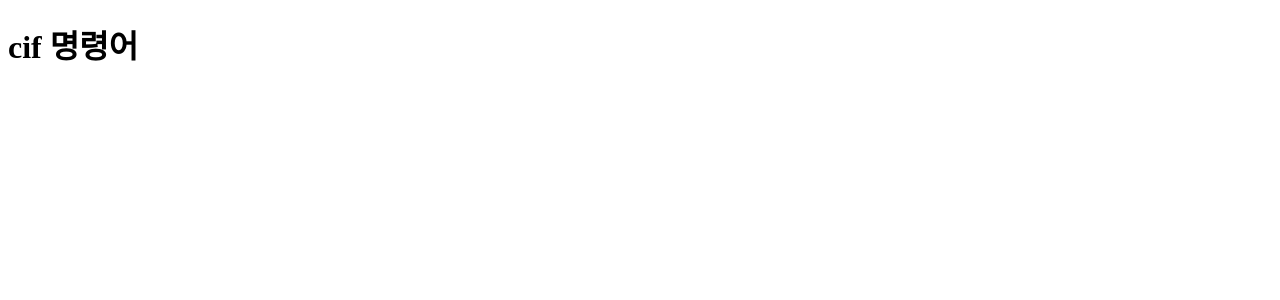
Repository: saeeeem2/2023JSTL
Page: http://localhost/jstl_study/step-1.jsp
The author's editor kept a copy of each file at every save. The page is drawn from the files as they stood at one save, then again after the next save.
The browser window is 1280 px wide. The pictures show the whole page.
The page is served by Tomcat 9. Other server files are loaded and not shown.

Above is the page before, as saved 2023-11-22 03:57:06.

### jstl_study/src/main/webapp/step-1.jsp
<%@ page language="java" contentType="text/html; charset=UTF-8"
    pageEncoding="UTF-8"%>
    <%@ taglib uri="http://java.sun.com/jsp/jstl/core" prefix="c" %>
<!DOCTYPE html>
<html>
<head>
<meta charset="UTF-8">
<title>Insert title here</title>
</head>
<body>
	<h1>cif 명령어</h1>

</body>
</html>

After the next save:
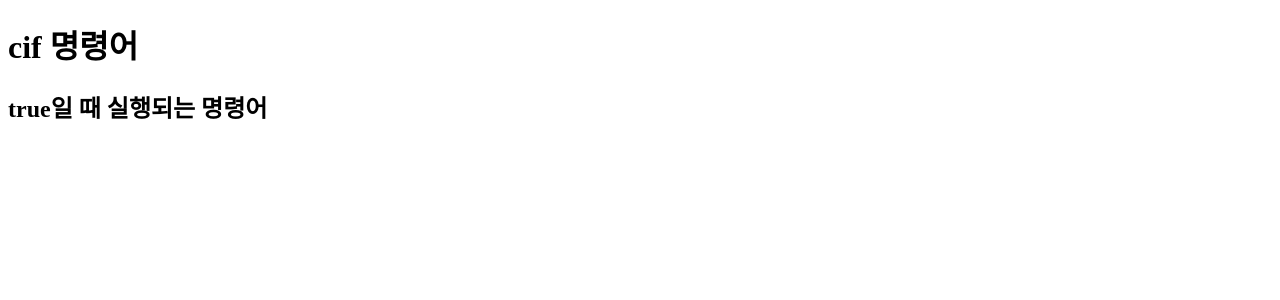
Saved 18 min 36 s later.
--- a/jstl_study/src/main/webapp/step-1.jsp
+++ b/jstl_study/src/main/webapp/step-1.jsp
@@ -9,6 +9,11 @@
 </head>
 <body>
 	<h1>cif 명령어</h1>
+	<c:if test="true">
+		<h2>true일 때 실행되는 명령어</h2>
+	</c:if>
+
+
 
 </body>
 </html>

After the save that followed:
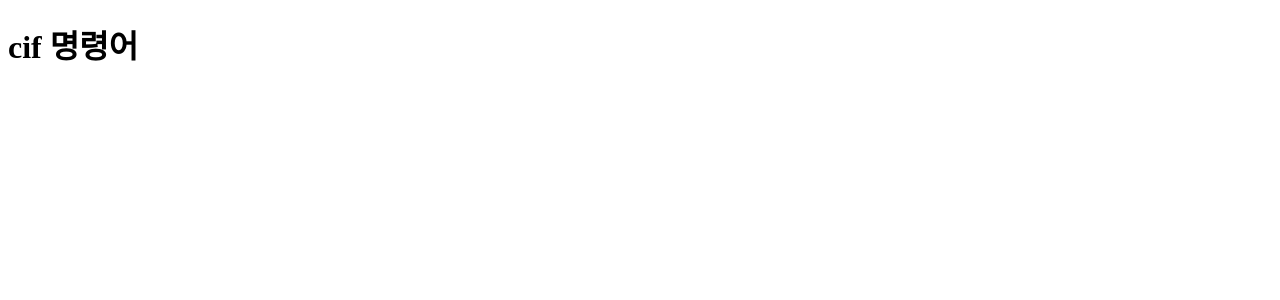
Saved 24 s later.
--- a/jstl_study/src/main/webapp/step-1.jsp
+++ b/jstl_study/src/main/webapp/step-1.jsp
@@ -9,7 +9,7 @@
 </head>
 <body>
 	<h1>cif 명령어</h1>
-	<c:if test="true">
+	<c:if test="false">
 		<h2>true일 때 실행되는 명령어</h2>
 	</c:if>
 
